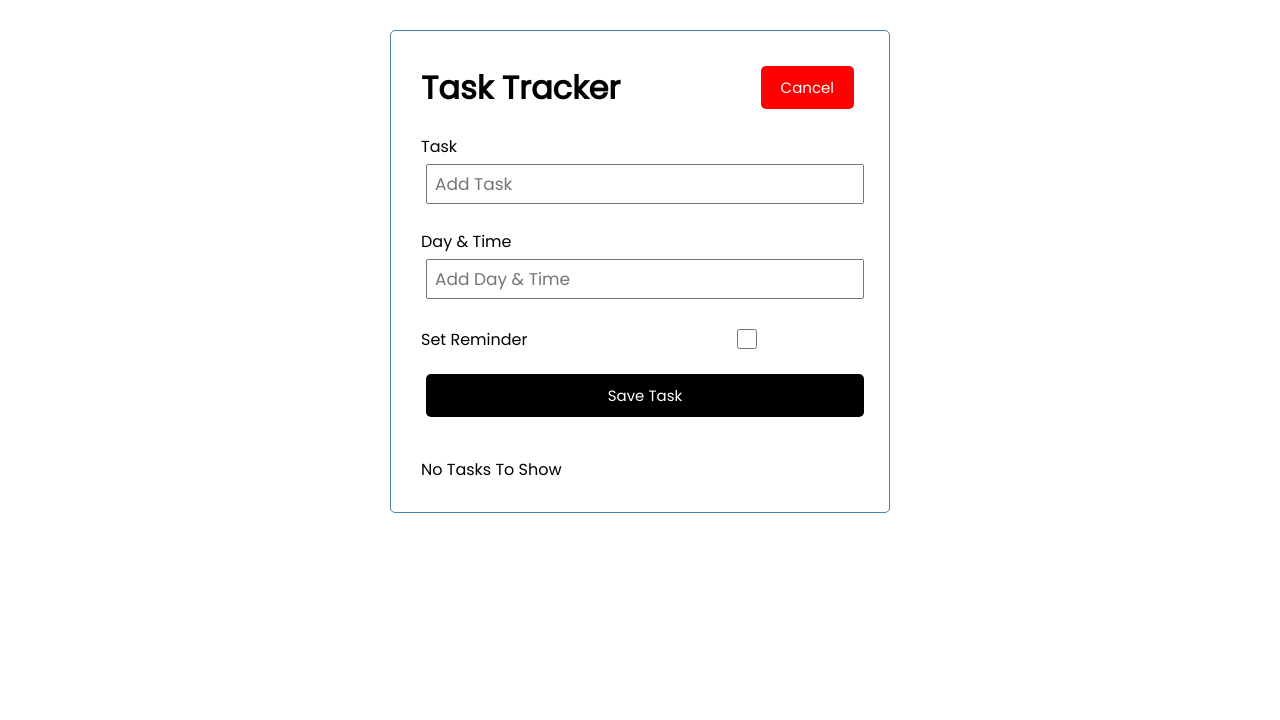
Repository: kate30980/task-tracker-reactjs
Page: /
An editor plug-in stored every save of this project. The page is shown before and after the next save, followed by the edit.
The browser window is 1280 px wide. The pictures show the whole page.
The project was rebuilt for these pictures with package versions that can differ from the ones it lists, and the page was loaded fresh each time. Requests to the local data server were answered from the project's data file.

Above is the page before, as saved 2021-09-19 21:48:33.

After the next save:
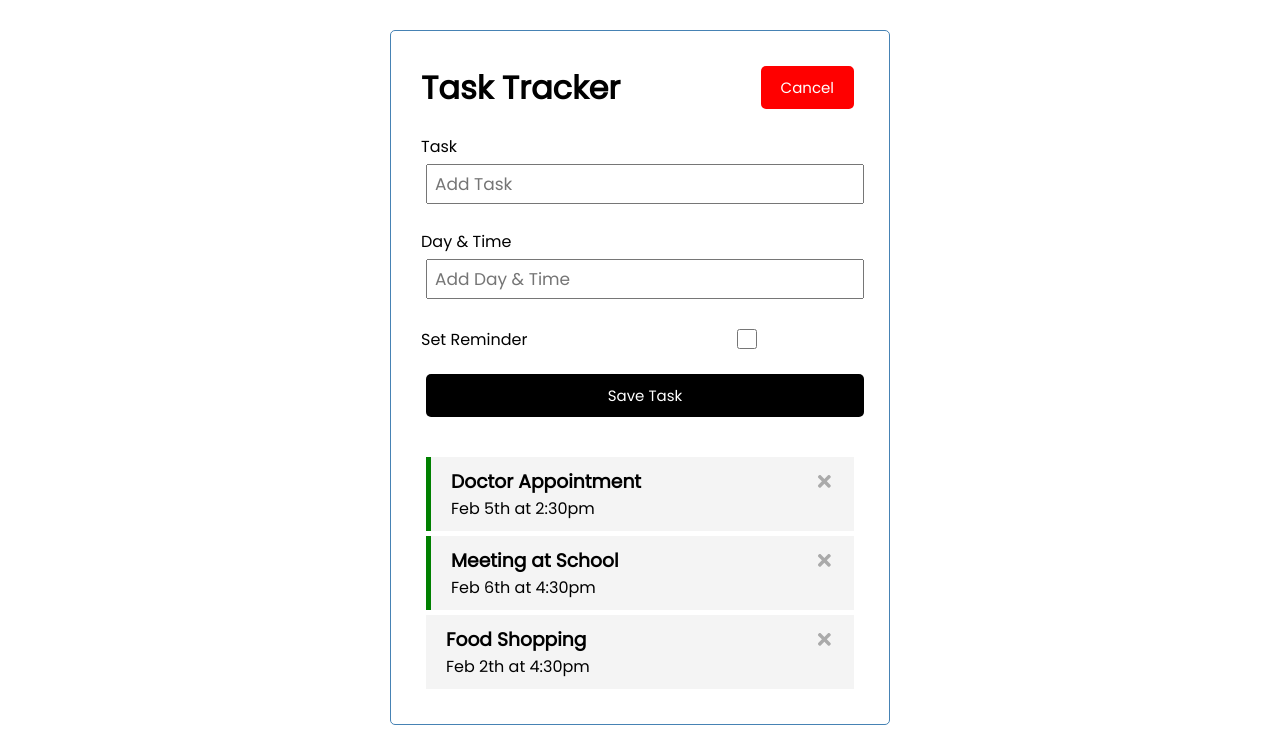
Saved 41 s later.
--- a/src/App.js
+++ b/src/App.js
@@ -8,14 +8,20 @@ function App() {
   const [tasks, setTasks] = useState([]);
 
   useEffect(() => {
-    const fetchTasks = async () => {
-      const res = await fetch("http://localhost:5000/tasks");
-      const data = await res.json();
+    const getTasks = async () => {
+      const tasksFromServer = await fetchTasks();
+      setTasks(tasksFromServer);
+    };
+    getTasks();
+  }, []);
 
-      console.log(data);
-    };
-    fetchTasks();
-  }, []);
+  //Fetch Tasks
+  const fetchTasks = async () => {
+    const res = await fetch("http://localhost:5000/tasks");
+    const data = await res.json();
+
+    return data;
+  };
 
   //Add Task
   const addTask = (task) => {
